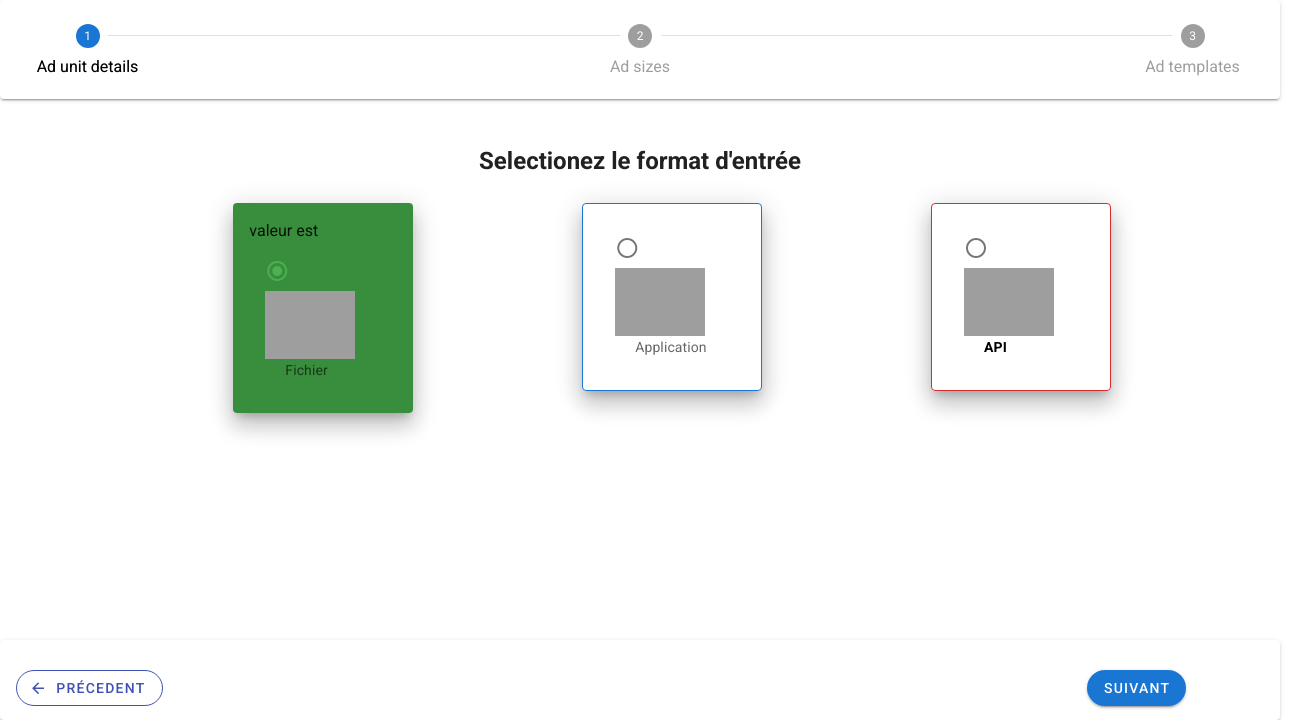
Repository: SidneyHodieb/myc
Page: /addsource/format
An editor plug-in stored every save of this project. The page is shown before and after the next save, followed by the edit.
The browser window is 1280 px wide. The page is 1292 px wide, so the pictures cover 1292 px, including what lies to the right of the window. The pictures show the whole page.
Pictures or frames that could not be fetched are drawn as grey boxes. The project was rebuilt for these pictures with package versions that can differ from the ones it lists, and the page was loaded fresh each time. Also part of the build but not shown: vue.config.js, src/views/Home.vue, src/views/addSource/components/card.vue, src/views/addSource/components/trigger.vue.

Above is the page before, as saved 2021-04-05 21:56:18.

### src/App.vue
<template>
  <v-app>
    <v-main>
      <router-view></router-view>
    </v-main>
  </v-app>
</template>

<script>

export default {
  name: 'App',
  data: () => ({
    //
  }),
};
</script>

### src/router/index.js
import Vue from 'vue'
import VueRouter from 'vue-router'
import Home from '../views/Home.vue'
import addSource from '../views/addSource/column'
import format from '../views/addSource/components/format'
import card from '../views/addSource/components/card'
import trigger from '../views/addSource/components/trigger'

Vue.use(VueRouter)

const routes = [
  {
    path: '/',
    name: 'Home',
    component: Home
  },
  {
    path: '/addsource',
    name: 'addSource',
    component: addSource,
    children: [
      {
        path: 'format',
        component: format
      },
      {
        path: 'card',
        component: card
      },
      {
        path: 'trigger',
        component: trigger
      }
    ]
  },
  {
    path: '/about',
    name: 'About',
    // route level code-splitting
    // this generates a separate chunk (about.[hash].js) for this route
    // which is lazy-loaded when the route is visited.
    component: function () {
      return import(/* webpackChunkName: "about" */ '../views/About.vue')
    }
  }
]

const router = new VueRouter({
  mode: 'history',
  base: process.env.BASE_URL,
  routes
})

export default router

### src/views/addSource/column.vue
<template>
  <div>
    <!-- Header -->
      <v-stepper alt-labels>
          <v-stepper-header>
            <v-stepper-step step="1">
              Ad unit details
            </v-stepper-step>

            <v-divider></v-divider>

            <v-stepper-step step="2">
              Ad sizes
            </v-stepper-step>

            <v-divider></v-divider>

            <v-stepper-step step="3">
              Ad templates
            </v-stepper-step>
          </v-stepper-header>
        </v-stepper>

        <!-- Content -->
        <router-view></router-view>
        <!--Footer  -->

<v-card class="card-bottom">

    <v-row>
       <v-col>
       <v-btn
       class="ml-4"
      rounded
      outlined
      color="indigo"
    >
     <v-icon left>
        mdi-arrow-left
      </v-icon>
      Précedent
    </v-btn>
       </v-col>

  <v-col offset-md="8" offset-sm="8">
      <v-btn
      rounded
      color="primary"
      dark
    >
      Suivant
    </v-btn>
      </v-col>
      </v-row>
    </v-card>

  </div>
</template>

<script>
export default {

}
</script>

<style lang="scss" scoped>

.card-bottom{
  position: absolute;bottom: 0;width:100%; height: 50px; padding-bottom:50px; padding-top:30px
}

</style>

### src/views/addSource/components/format.vue
<template>
  <v-container fluid grid-list-md>
    <v-radio-group v-model="sourceFormat" row>
      <v-col md="12" sm="12" class="text-center">
        <h2>Selectionez le format d'entrée</h2>
      </v-col>
      <v-col offset-md="2">
        <v-card elevation="14" width="180">
          <v-alert :outlined="fi ? true : null" color="green darken-2">
           valeur est {{file}}
          <v-card-text>
            <v-radio
                color="green"
                value="file"
                class="mb-2"
              ></v-radio>
            <div>
          <v-img
           width="90"
            src="https://www.flaticon.com/svg/vstatic/svg/786/786788.svg?token=exp=1617473650~hmac=f02174a0ee444bdd71a855da4ad95c3d"
        ></v-img>
        <span class="textCard text--secondary">Fichier</span>
        </div>
         </v-card-text>
          </v-alert>
        </v-card>
      </v-col>
      <v-col>
        <v-card elevation="14" width="180">
          <v-alert outlined color="blue darken-2">
          <v-card-text>
            <v-radio
                color="blue"
                value="app"
                class="mb-2"
              ></v-radio>
          <v-img
           width="90"
            src="https://www.flaticon.com/svg/vstatic/svg/2306/2306016.svg?token=exp=1617475854~hmac=35e4e709fb9fa1338bb7b9cd5032613a"
        ></v-img>
         <span class="textCard text--secondary">Application</span>
         </v-card-text>
          </v-alert>
        </v-card>
      </v-col>
      <v-col>
        <v-card elevation="14" width="180">
          <v-alert outlined color="red darken-2">
           <v-card-text>
             <v-radio
                color="red"
                value="api"
                class="mb-2"
              ></v-radio>
          <v-img
           width="90"
            src="https://www.flaticon.com/svg/vstatic/svg/994/994152.svg?token=exp=1617476036~hmac=b132b4a2ee4139281536cfde68b7345e"
        ></v-img>
         <span class="textCard font-weight-bold">API</span>
         </v-card-text>
          </v-alert>
        </v-card>
      </v-col>
    </v-radio-group>
  </v-container>
</template>

<script>
export default {
  data () {
      return {
        checkbox: true,
        sourceFormat:'file',
        app:null,
        api:null,
        fi:false,
      }
    },

  watch :{
    file(){
        if (this.sourceFormat == 'file') {
          alert('bonjour')
          this.fi = true
          return true
        } else {
          return null
        }
        return 'oui'
    },
    app(){
      if (this.sourceFormat == 'app') {
        this.app = true
      } else {

      }
    },
    api(){
      if (this.sourceFormat == 'api') {
        this.api = true
      } else {

      }
    }
  }
}
</script>

<style lang="scss" scoped>

.checkbox-round {
    width: 1.3em;
    height: 1.3em;
    background-color: white;
    border-radius: 50%;
    vertical-align: middle;
    border: 1px solid #ddd;
    -webkit-appearance: none;
    outline: none;
    cursor: pointer;
};

.textCard{
    color:black;
    margin-left:20px;
    margin-top:10px
}

</style>

Loaded but not shown: public/index.html (common file); src/main.js (common file); src/store/index.js (common file); src/plugins/vuetify.js (common file)

After the next save:
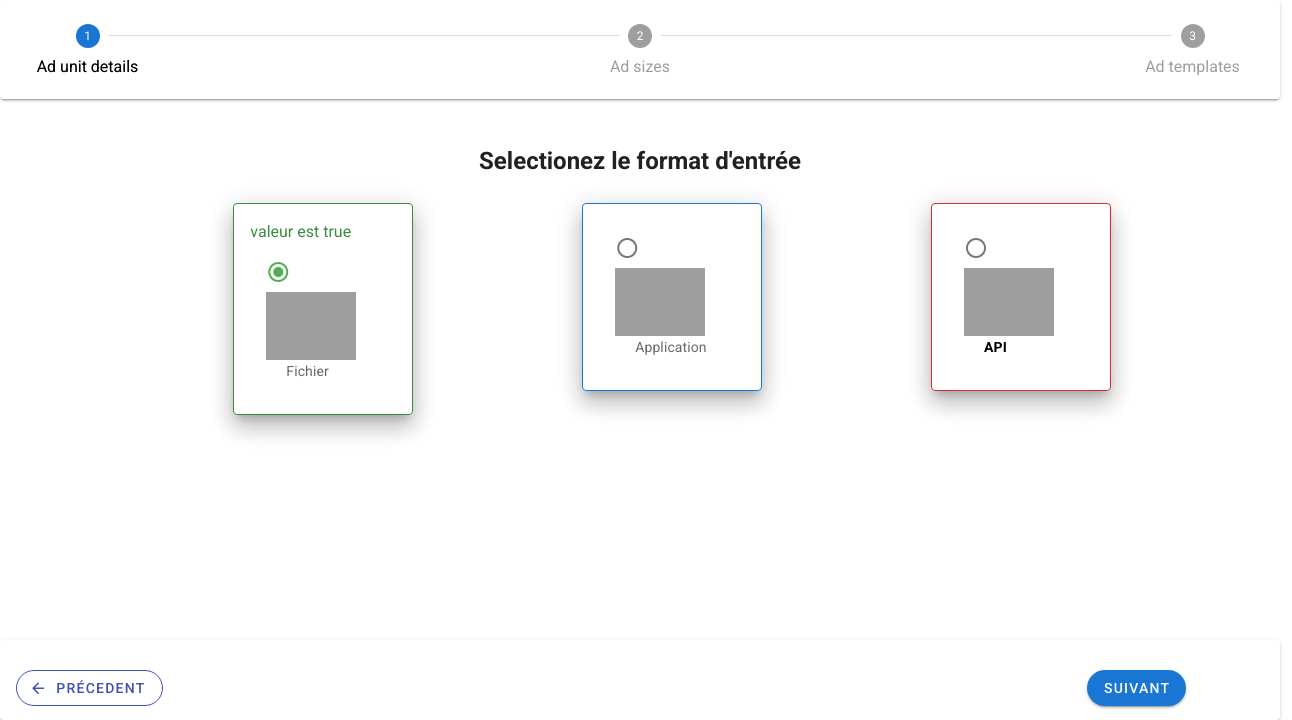
Saved 18 s later.
--- a/src/views/addSource/components/format.vue
+++ b/src/views/addSource/components/format.vue
@@ -77,7 +77,7 @@
       }
     },
 
-  watch :{
+  computed :{
     file(){
         if (this.sourceFormat == 'file') {
           alert('bonjour')

After the 4 saves that followed:
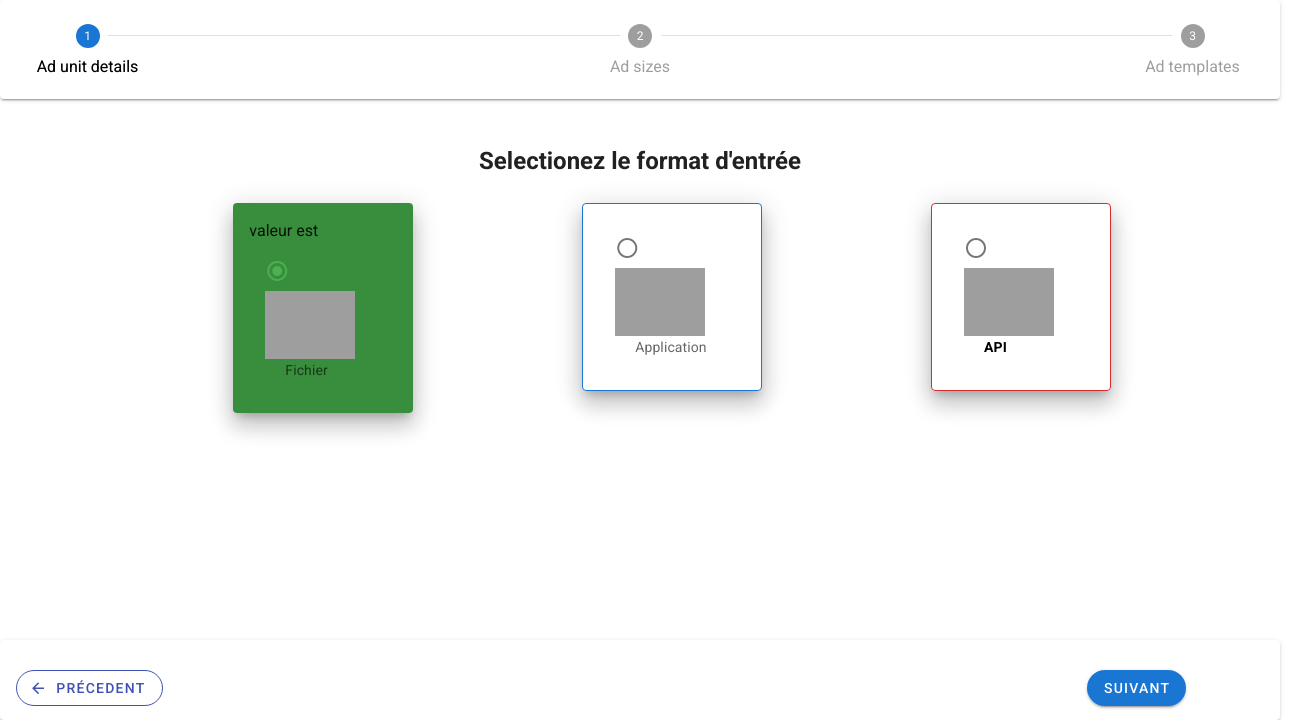
The 4 saves are shown as one change because 3 left the picture as it was.
The last was saved 45 s later.
--- a/src/views/addSource/components/format.vue
+++ b/src/views/addSource/components/format.vue
@@ -6,7 +6,7 @@
       </v-col>
       <v-col offset-md="2">
         <v-card elevation="14" width="180">
-          <v-alert :outlined="fi ? true : null" color="green darken-2">
+          <v-alert :outlined="file ? true : null" color="green darken-2">
            valeur est {{file}}
           <v-card-text>
             <v-radio
@@ -79,9 +79,7 @@
 
   computed :{
     file(){
-        if (this.sourceFormat == 'file') {
-          alert('bonjour')
-          this.fi = true
+        if (this.sourceFormat == 'fil') {
           return true
         } else {
           return null
